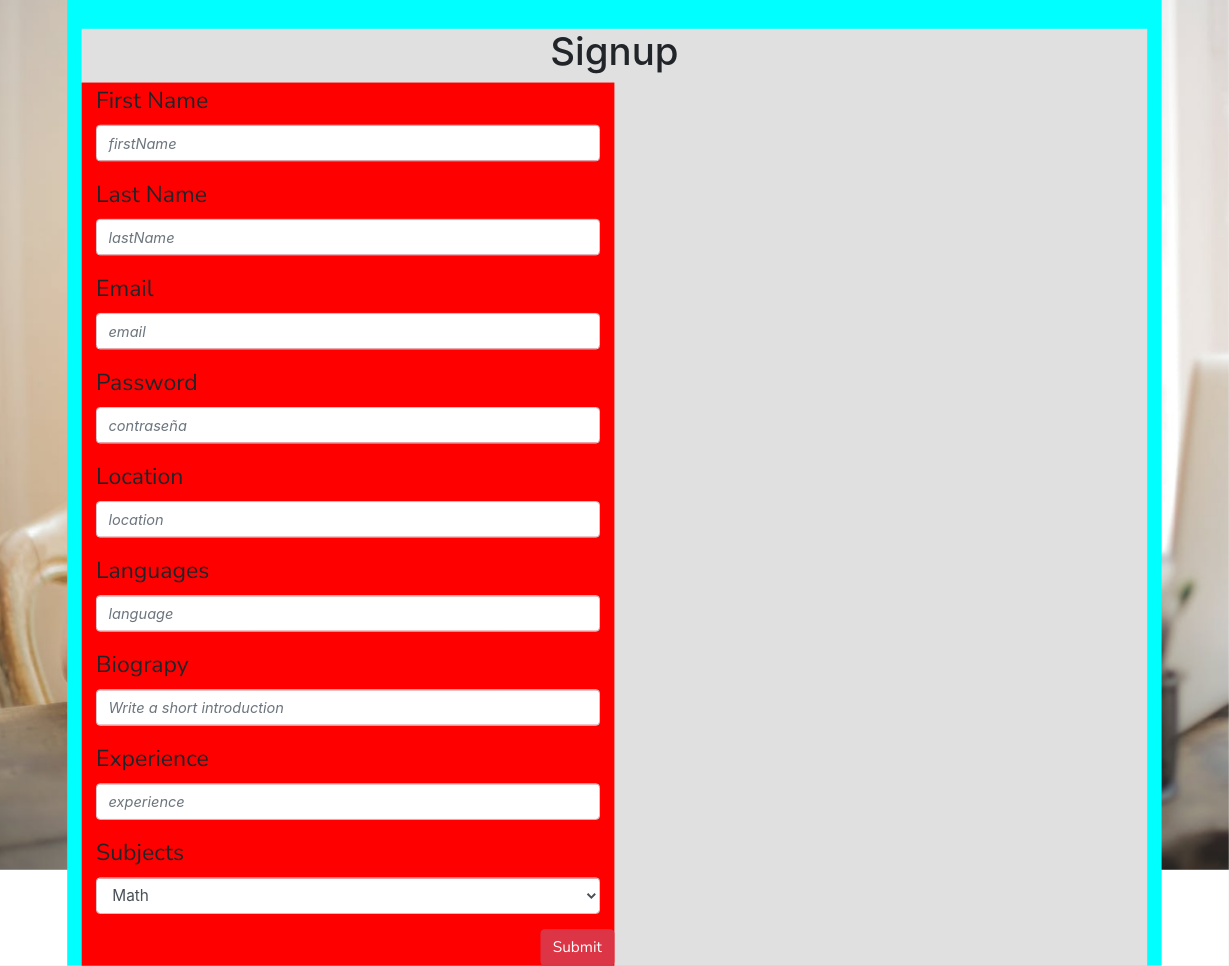
Repository: uprm-inso-4117-2020-2021-s2/semester-project-uprm-inso-4117-2020-2021-s2-team-7
Page: / (app in tutorfinder/)
These files come from the project's save history. The page is drawn as it stood at one moment and after the next save; the edit follows.
The browser window is 1280 px wide. The pictures show the whole page, at 96% of full size.
The project was rebuilt for these pictures with package versions that can differ from the ones it lists, and the page was loaded fresh each time. Also part of the build but not shown: tutorfinder/src/components/Navbar.css, tutorfinder/src/components/Navbar.js, tutorfinder/src/components/TutorInfo.js, tutorfinder/src/Nav.js, tutorfinder/src/Signup.js, tutorfinder/src/Login.js, tutorfinder/src/Home.js, tutorfinder/src/BulletinBoard.css and 3 more.

Above is the page before, as saved 2021-03-30 22:06:19.

### tutorfinder/src/App.js
import React from 'react';
import Navbar from './components/Navbar';
import TutorInfo from './components/TutorInfo'
import './App.css';
import Home from './Home';
import 'bootstrap/dist/css/bootstrap.min.css';
import BulletinBoard from './BulletinBoard';
import Nav from './Nav.js';
import SignupPage from "./SignupPage";

function App() {
  return (
    <div className="App">
      <head>
        <link
          rel="stylesheet"
          href="https://cdn.jsdelivr.net/npm/bootstrap@4.6.0/dist/css/bootstrap.min.css"
          integrity="sha384-B0vP5xmATw1+K9KRQjQERJvTumQW0nPEzvF6L/Z6nronJ3oUOFUFpCjEUQouq2+l"
          crossorigin="anonymous"
        />
      </head>
      {/* <Home></Home> */}
      {/* <TutorInfo></TutorInfo> */}
      <SignupPage></SignupPage>
        {/* <Navbar fixed="top" />
        <TutorInfo /> */}
        {/* <BulletinBoard></BulletinBoard> */}

    </div>
  );
}



export default App;

### tutorfinder/src/SignupPage.js
import React from "react";
import "./App.css";
import "./SignupPage.css"
import { Input, FormGroup, Label, Form, Container, Button, Col } from 'reactstrap';

class SignupPage extends React.Component {

  render() {

    return (
      <div className="container ">

          <div className=" body">

          <h1 className="">Signup</h1>
          <div className="content">
            <Form className=""  >

            <Col className="">
                <FormGroup inline>
                  <div className="text-left">
                    <Label >First Name</Label>
                  </div>

                  <Input
                    type="firstName"
                    name="firstName"

                    id="examplefirstName"
                    placeholder="firstName"
                    className="size"
                  />
                </FormGroup>
              </Col>

              <Col className="">
                <FormGroup inline>
                  <div className="text-left">
                    <Label >Last Name</Label>
                  </div>

                  <Input
                    type="lastName"
                    name="lastName"

                    id="examplelastName"
                    placeholder="lastName"
                    className="size"
                  />
                </FormGroup>
              </Col>

              <Col className="">
                <FormGroup inline>
                  <div className="text-left">
                    <Label >Email</Label>
                  </div>

                  <Input
                    type="email"
                    name="email"

                    id="exampleEmail"
                    placeholder="email"
                    className="size"
                  />
                </FormGroup>
              </Col>

              <Col className="">
                <FormGroup >
                  <div className="text-left">
                    <Label for="">Password</Label>
                  </div>

                  <Input
                    type="password"
                    name="password"

                    id="examplePassword"
                    placeholder="contraseña"
                    className="size"
                  />
                </FormGroup>
              </Col>

              <Col className="">
                <FormGroup >
                  <div className="text-left">
                    <Label for="">Location</Label>
                  </div>

                  <Input
                    type="location"
                    name="location"

                    id="examplelocation"
                    placeholder="location"
                    className="size"
                  />
                </FormGroup>
              </Col>

              <Col className="">
                <FormGroup >
                  <div className="text-left">
                    <Label for="">Languages</Label>
                  </div>

                  <Input
                    type="language"
                    name="language"

                    id="examplelanguage"
                    placeholder="language"
                    className="size"
                  />
                </FormGroup>
              </Col>

              <Col className="">
                <FormGroup >
                  <div className="text-left">
                    <Label for="">Biograpy</Label>
                  </div>

                  <Input
                    type="biography"
                    name="biography"

                    id="examplebiography"
                    placeholder="Write a short introduction"
                    className="size"
                  />
                </FormGroup>
              </Col>

              <Col className="">
                <FormGroup >
                  <div className="text-left">
                    <Label for="">Experience</Label>
                  </div>

                  <Input
                    type="experience"
                    name="experience"

                    id="examplebexperience"
                    placeholder="experience"
                    className="size"
                  />
                </FormGroup>
              </Col>

              <Col className="">
                <FormGroup >
                  <div className="text-left">
                    <Label for="">Subjects</Label>
                  </div>

                  <Input type="select" name="subject" id="exampleSubject">
          <option>Math</option>
          <option>English</option>
          <option>Spanish</option>
          <option>Science</option>
          <option>Social Studies</option>
        </Input>
                </FormGroup>
              </Col>

              <div className="text-right">


                <Button color="danger" type="submit" className="buttons submit"  >Submit</Button>
              </div>
            </Form>
            </div>

          </div>

      </div>

    );
  }
}

export default SignupPage;

### tutorfinder/src/components/TutorInfo.css
.container {
    padding-top: 30px;
    width: 30%;
}

.Profile {
  padding: 2rem;
  border: 2px solid #fff;
  text-align: center;
  background-color: #E0E0E0;
  border: 1px solid #6F6B6B;
  border-radius: 1rem!important;
}

.pfp {
    text-align: center;
    width: 75%;
}

.Info {
    padding: 1rem;
    border: 1px solid #6F6B6B;
    background-color: #E0E0E0;
    border-radius: 1rem!important;
    overflow-y: auto;
}

.Name {
    padding: 10px;
}

.More {
    border-bottom: 1px solid #6F6B6B;
    padding-bottom: 15px;
    padding-top: 5px;
    margin-left: 10px;
}

ul {
    margin-left: 10px;
    padding-top: 10px;
    overflow-y: auto;
    position: absolute;
    white-space: nowrap;
}

::-webkit-scrollbar {
    width: 0px;
    background: transparent;
}

* {
  -ms-overflow-style: none !important;
}

### tutorfinder/src/Home.css
@import url('https://fonts.googleapis.com/css2?family=Nunito+Sans&display=swap');

body {
    background: url('assets/main.png');
    background-repeat: no-repeat;
    background-size: cover;
    background-position-y: -100px;
}


.box {
    margin-left: 30%;
    width: 40%;
    background: rgba(255, 255, 255, 0.65);
    border-radius: 25px;
    padding: 20px;
}

.boxTitle {
    font-family: Nunito Sans;
    font-style: normal;
    font-weight: bold;
    font-size: 40px;
    line-height: 50px;
    text-align: center;

    color: #333333;
}

.boxText {
    font-family: Nunito Sans;
    font-style: normal;
    font-weight: 300;
    font-size: 24px;
    line-height: 29px;
    text-align: center;

    color: #000000;
}

.form-control:focus {
    box-shadow: none;
}

.form-control-underlined {
    border-width: 0;
    border-bottom-width: 1px;
    border-radius: 0;
    padding-left: 0;
}

.form-control::placeholder {
    font-size: 0.95rem;
    color: #aaa;
    font-style: italic;
  }

### tutorfinder/src/Nav.css
@import url("https://fonts.googleapis.com/css2?family=Nunito+Sans&display=swap");

.title {
  font-family: "Nunito Sans", sans-serif;
  font-style: normal;
  font-weight: bold;
  font-size: 48px;
  line-height: 65px;

}

.navBar {
    table-layout: fixed;
  background-color: #5d7fc5;
  width: 100%;
}

.buttons {
  background: #e0e0e0;
  border-radius: 45px;
  outline: none;
  border-style: solid;

}

.buttonLetters {
  font-family: "Nunito Sans", sans-serif;
  font-style: normal;
  font-weight: 300;
  font-size: 1.8em;
  line-height: 41px;
  text-align: center;
  padding-right: 10%;
  padding-left: 10%;

}

.left{
text-align: left;
padding-left: 2.5%;
width: 50%;
}

.right{
    text-align: left;
    padding-right: 10%;
    width: 20%;
}

.middle{
    /* background-color: red; */
    text-align: right;
    padding-right: 2.5%;
}

### tutorfinder/src/SignupPage.css

.body{
    background-color: #E0E0E0;
    position: relative;
  text-align: center;



}

.container{
    justify-content: center; align-items: center;
  background-color: aqua;
}

.content{
    position: relative;
    text-align: center;
    width: 50%;
    background-color: red;
}

### tutorfinder/src/Welcome.css

@import url("https://fonts.googleapis.com/css2?family=Nunito+Sans&display=swap");

.background{
background-image: url("./assets/bg.png");
width:100%;
height:60em;
position:relative;
}

.square{
    background: rgba(255, 255, 255, 0.65);
border-radius: 25px;
text-align: center;
}

.everything{
    position:absolute;
    top:50%;
    left:50%;
    width :75%;
    height:25%;
    margin-left:-37.5%;
    margin-top:5%;

}

.search{
    width: 100%;
    background: #FFFFFF;
box-shadow: 0px 4px 4px rgba(0, 0, 0, 0.25);
border-radius: 50px;
height: 1.5em;
}

.paragraph{
    font-family: "Nunito Sans", sans-serif;
font-style: normal;
font-weight: 300;
font-size: 1.5em;
line-height: 49px;
text-align: center;
}

.heading{
    font-family: "Nunito Sans", sans-serif;
font-style: normal;
font-weight: bold;
font-size: 3em;
line-height: 87px;
text-align: center;
}

.login{
    position:absolute;
    top:50%;
    left:50%;
    width :75%;
    height:50%;
    margin-left:-37.5%;
    margin-top:5%;
    text-align: center;
    background: rgba(255, 255, 255, 0.65);
    border-radius: 25px;
}

.signup{
    position:absolute;
    top:40%;
    left:50%;
    width :75%;
    height:60%;
    margin-left:-37.5%;
    margin-top:5%;
    text-align: center;
    background: rgba(255, 255, 255, 0.65);
    border-radius: 25px;
}


.size{
    width: 75%;
    background-color: aqua;
}

.fullWidth{
    width: 100%;
}

.text-right{
    text-align: right;

}

.text-left{
    text-align: left;

    font-family: "Nunito Sans", sans-serif;
    font-size: 1.5em;
}

.submit{
    font-family: "Nunito Sans", sans-serif;
    font-style: normal;
    font-weight: 300;
    font-size: 1.2em;
line-height: 200%;
    text-align: center;
    padding-right: 2%;
    padding-left: 2%;
}

.color{
    background-color: red;
}

Loaded but not shown: tutorfinder/public/index.html (common file); tutorfinder/src/index.js (common file); tutorfinder/src/index.css (common file); tutorfinder/src/reportWebVitals.js (common file); tutorfinder/src/App.css (common file)

After the next save:
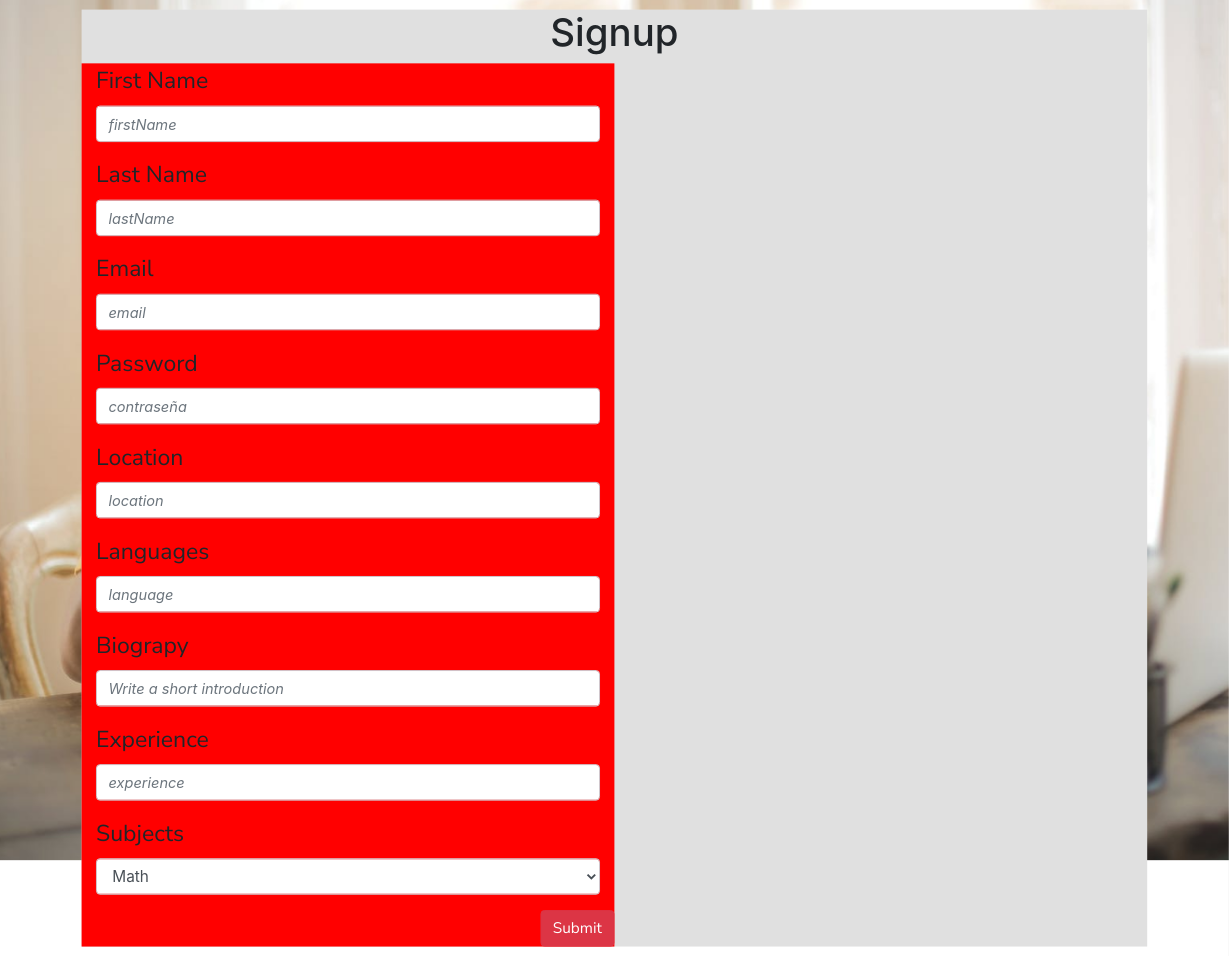
Saved 23 s later.
--- a/tutorfinder/src/SignupPage.css
+++ b/tutorfinder/src/SignupPage.css
@@ -9,8 +9,11 @@
 }
 
 .container{
-    justify-content: center; align-items: center;
-  background-color: aqua;
+    width: 640px; /* Can be in percentage also. */
+    height: auto;
+    margin: 0 auto;
+    padding: 10px;
+    position: relative;
 }
 
 .content{

After the save that followed:
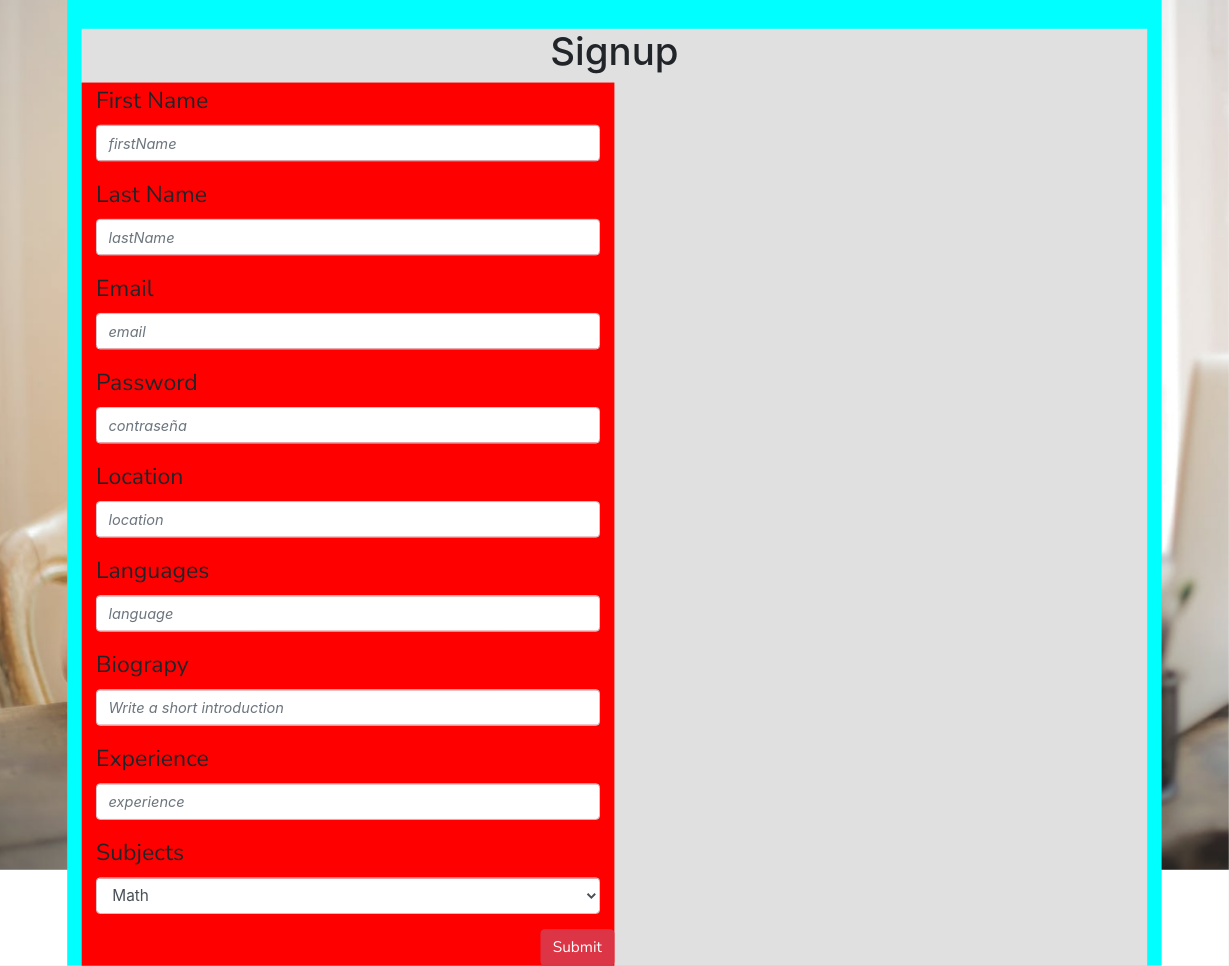
Saved 74 s later.
--- a/tutorfinder/src/SignupPage.css
+++ b/tutorfinder/src/SignupPage.css
@@ -9,11 +9,11 @@
 }
 
 .container{
-    width: 640px; /* Can be in percentage also. */
-    height: auto;
-    margin: 0 auto;
-    padding: 10px;
-    position: relative;
+    text-align: center;
+    margin-left: auto;
+    margin-right: auto;
+  width: 90%;
+  background-color: aqua;
 }
 
 .content{
@@ -22,3 +22,9 @@
     width: 50%;
     background-color: red;
 }
+
+.center{
+    margin-left: auto;
+    margin-right: auto;
+    width: 50px;
+}
